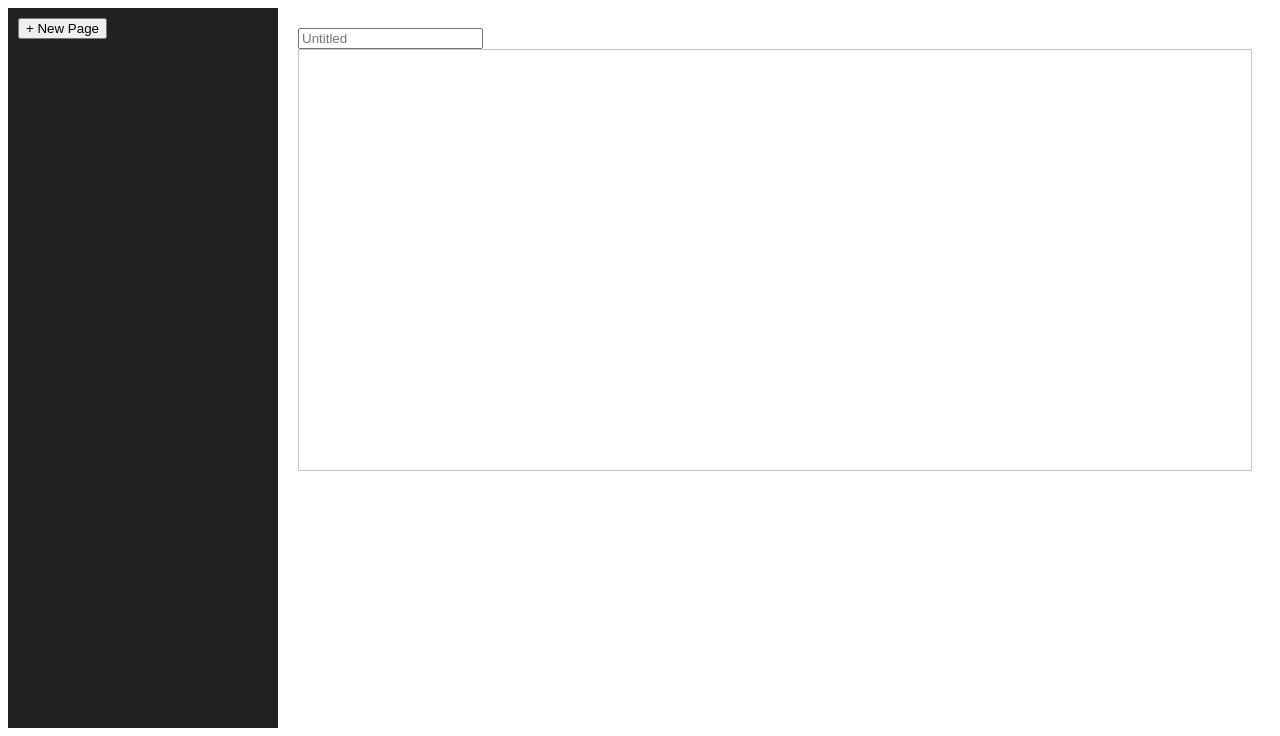
Repository: Dharshinimk-521/notes-app
Page: index.html
The author's editor kept a copy of each file at every save. The page is drawn from the files as they stood at one save, then again after the next save.
The browser window is 1280 px wide. The pictures show the whole page.

Above is the page before, as saved 2026-04-18 19:51:07.

After the next save:
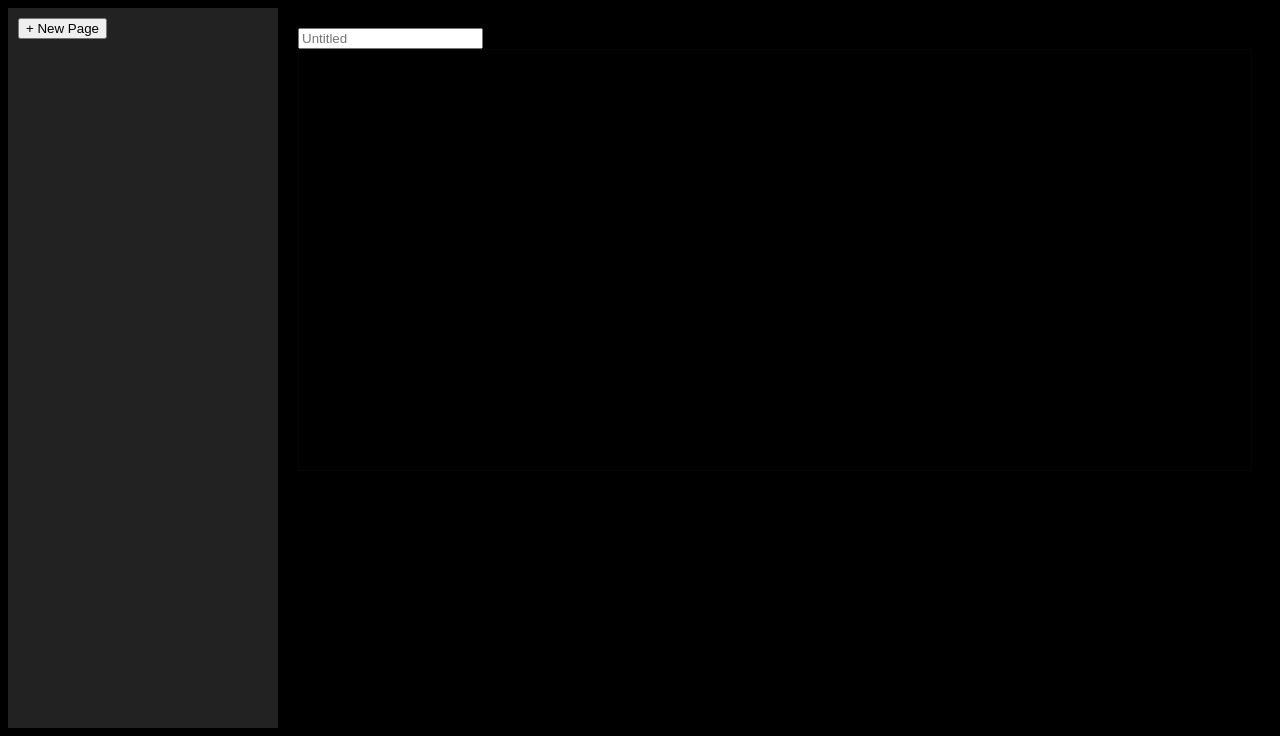
Saved 31 s later.
--- a/style.css
+++ b/style.css
@@ -1,3 +1,7 @@
+body{
+    background-color: black;
+}
+
 .app {
   display: flex;
   height: 100vh;
